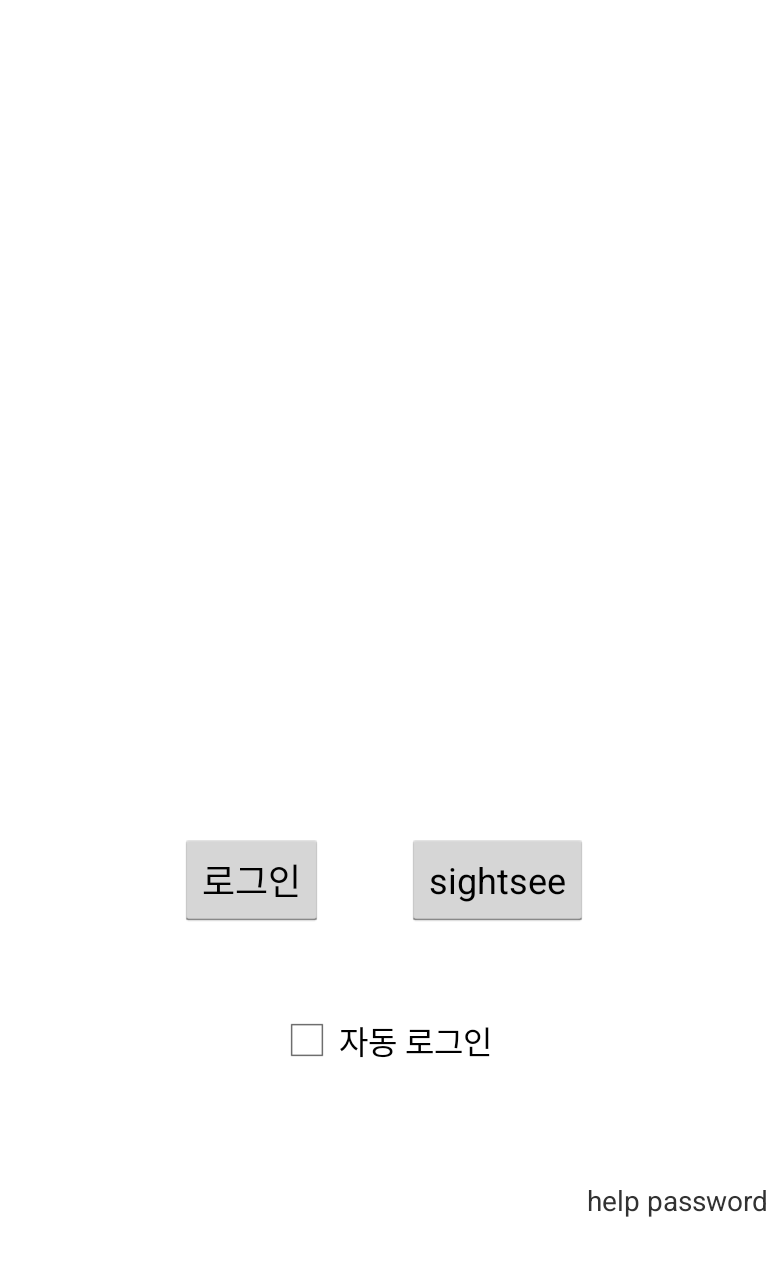
Repository: ET-Bike/E.T-Bike
Layout: Android_Client_ETBike/ETBike/ETBike/res/layout/activity_main.xml
These files come from the project's save history. The layout is drawn as it stood at one moment and after the next save; the edit follows.
It is drawn on a 768 x 1280 px phone screen (xhdpi) without system bars, with theme AppTheme; the app's code is not run.

Above is the layout before, as saved 2012-11-07 14:53:39.

### Android_Client_ETBike/ETBike/ETBike/res/layout/activity_main.xml
<?xml version="1.0" encoding="utf-8"?>
<LinearLayout xmlns:android="http://schemas.android.com/apk/res/android"
    android:layout_width="fill_parent"
    android:layout_height="fill_parent"
    android:orientation="vertical" >

    <LinearLayout
        android:layout_width="fill_parent"
        android:layout_height="0px"
        android:layout_weight="5" >
        <ImageView
            android:layout_width="fill_parent"
        	android:layout_height="fill_parent"
            />
    </LinearLayout>

    <LinearLayout
        android:layout_width="fill_parent"
        android:layout_height="0px"
        android:layout_weight="1"
        android:orientation="horizontal"
        android:gravity="center"
         >
        <Button
            android:layout_width="wrap_content"
        	android:layout_height="wrap_content"
        	android:text="로그인"
            />
        <Button
            android:layout_width="wrap_content"
        	android:layout_height="wrap_content"
        	android:layout_marginLeft="40dp"
        	android:text="sightsee"
            />
    </LinearLayout>

    <LinearLayout
        android:layout_width="fill_parent"
        android:layout_height="0px"
        android:layout_weight="1"
        android:gravity="center"
        >
        <CheckBox
            android:layout_width="wrap_content"
        	android:layout_height="wrap_content"
        	android:text="자동 로그인"
            />
    </LinearLayout>

    <LinearLayout
        android:layout_width="fill_parent"
        android:layout_height="0px"
        android:layout_weight="1"
        android:gravity="right|center" >
        <TextView
            android:layout_width="wrap_content"
        	android:layout_height="wrap_content"
        	android:text="help password"
            />
    </LinearLayout>

</LinearLayout>

Loaded but not shown: Android_Client_ETBike/ETBike/ETBike/res/values-v11/styles.xml (common file); Android_Client_ETBike/ETBike/ETBike/res/values-v14/styles.xml (common file); Android_Client_ETBike/ETBike/ETBike/res/values/styles.xml (common file)

After the next save:
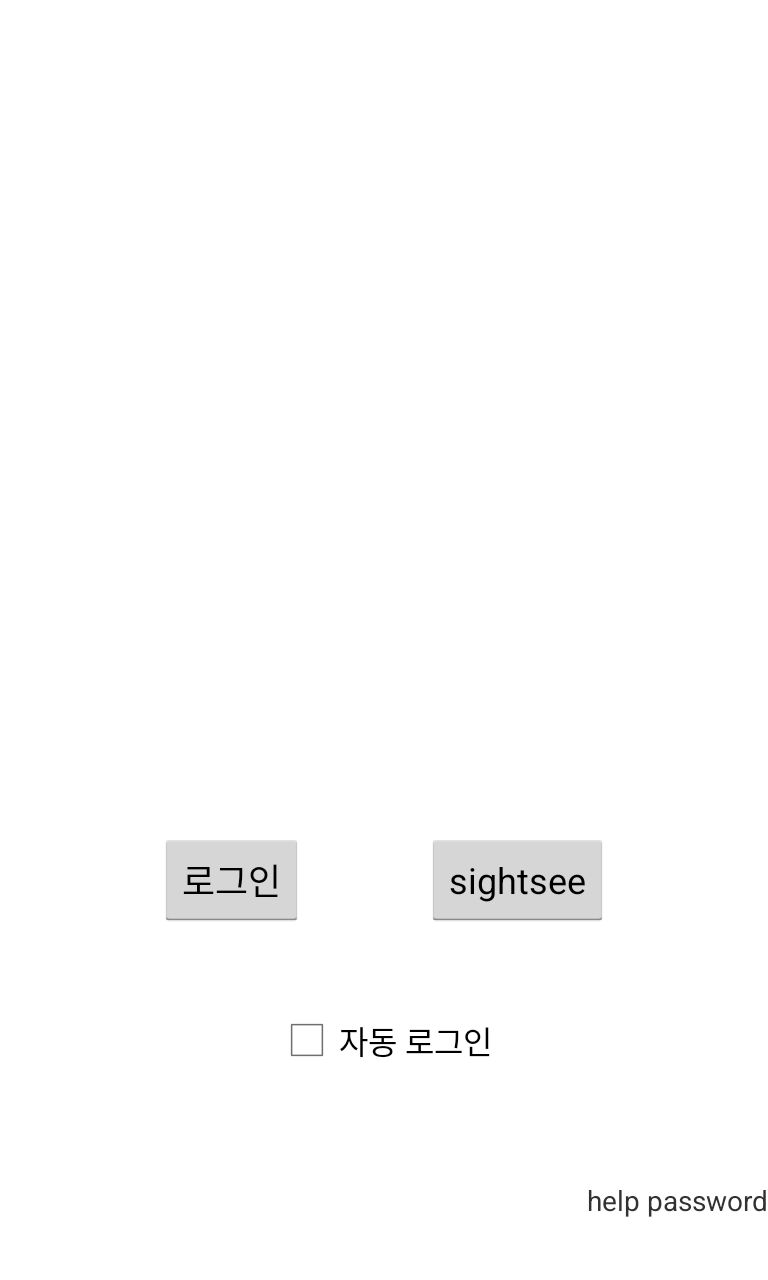
Saved 5 s later.
--- a/Android_Client_ETBike/ETBike/ETBike/res/layout/activity_main.xml
+++ b/Android_Client_ETBike/ETBike/ETBike/res/layout/activity_main.xml
@@ -29,7 +29,7 @@
         <Button
             android:layout_width="wrap_content"
         	android:layout_height="wrap_content"
-        	android:layout_marginLeft="40dp"
+        	android:layout_marginLeft="60dp"
         	android:text="sightsee"
             />
     </LinearLayout>
